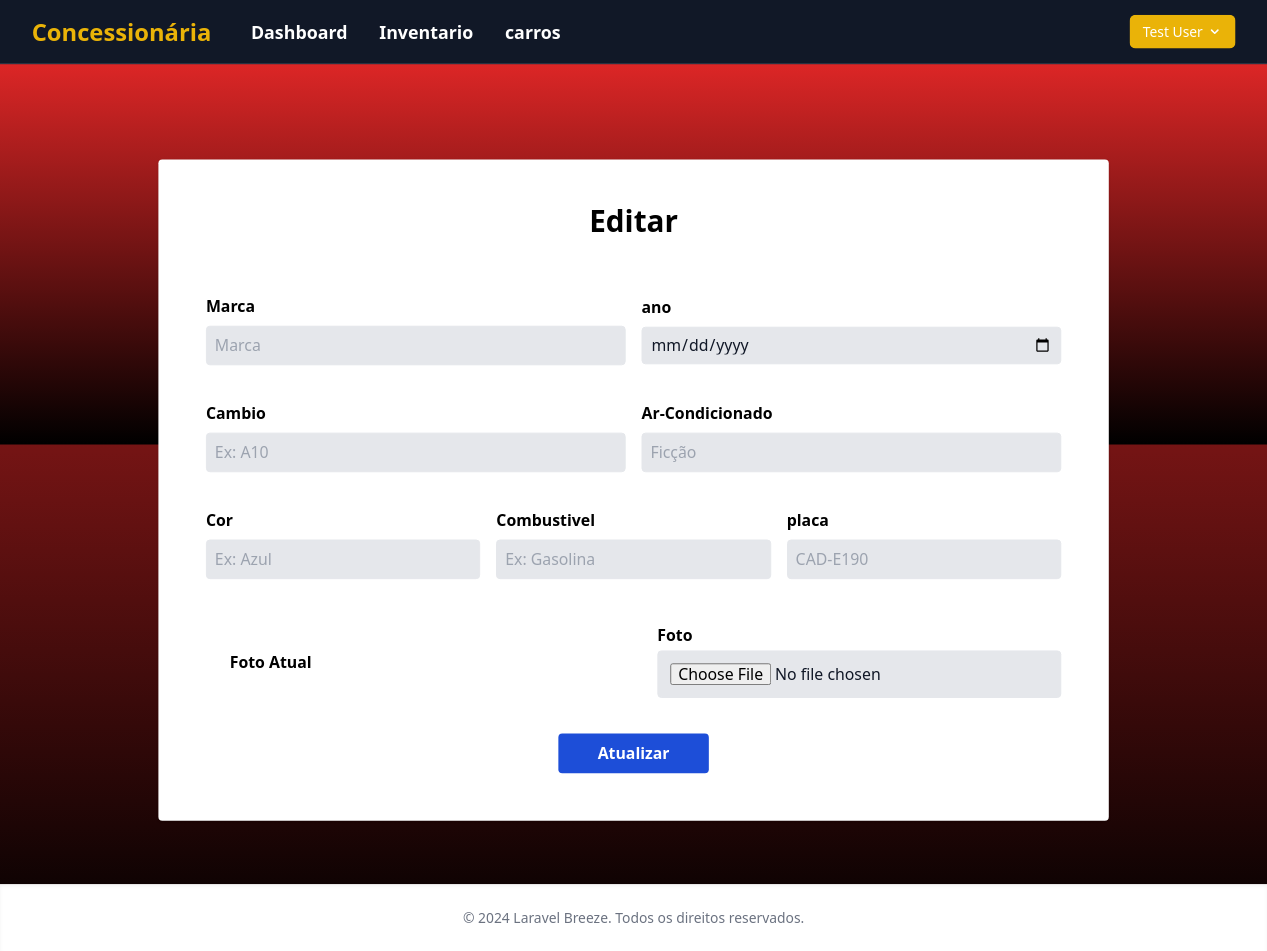
Repository: CarlosEduFF/Projeto-Concession-ria
Page: resources/views/editar.blade.php
An editor plug-in stored every save of this project. The page is shown before and after the next save, followed by the edit.
The browser window is 1280 px wide. The pictures show the whole page, at 99% of full size.
Some web libraries are served in a nearby version. The page is served by the project's Laravel application, run on PHP 8.4 with Laravel 9. A made-up administrator, Test User (test@example.com), is signed in. Other server files are loaded and not shown. The template is opened directly, without the code that normally fills it, so the values that code supplies are empty.

Above is the page before, as saved 2024-09-10 17:09:10.

### routes/web.php
<?php

use App\Http\Controllers\ProfileController;
use Illuminate\Support\Facades\Route;
use App\Http\Controllers\CarroController;

Route::get('/', function () {
    return view('welcome');
});

Route::get('/dashboard', function () {
    return view('dashboard');
})->middleware(['auth', 'verified'])->name('dashboard');

Route::middleware('auth')->group(function () {
    Route::get('/profile', [ProfileController::class, 'edit'])->name('profile.edit');
    Route::patch('/profile', [ProfileController::class, 'update'])->name('profile.update');
    Route::delete('/profile', [ProfileController::class, 'destroy'])->name('profile.destroy');
});

Route::post('/createcarro', [CarroController::class, 'create']);
Route::get('/excluir/{id}', [CarroController::class, 'excluir']);
Route::get('/dashboard', [CarroController::class, 'dashboard'])->middleware(['auth', 'verified'])->name('dashboard');
require __DIR__.'/auth.php';


Route::get('/atualizar', function () {
    return view('atualizacao');
});

Route::post("/atualizar/{id}", [CarroController::class, 'atualizar']);
Route::get("/editar/{id}",[CarroController::class, 'editar'])->name('Editar.carro');

### resources/views/editar.blade.php
<!DOCTYPE html>
<html lang="en">
<head>
    <meta charset="UTF-8">
    <meta name="viewport" content="width=device-width, initial-scale=1.0">
    <link rel="stylesheet" href="https://cdn.jsdelivr.net/npm/tailwindcss@2.2.19/dist/tailwind.min.css">
    <script src="https://unpkg.com/flowbite@1.5.0/dist/flowbite.js"></script>
    <script src="https://cdn.tailwindcss.com"></script>
    <title>Editar Carro</title>
</head>
<body  class="bg-gradient-to-b from-red-600 to-black min-h-screen flex flex-col">

<nav x-data="{ open: false }" class="bg-gray-900 text-white shadow-lg border-b border-gray-700">
    <!-- Primary Navigation Menu -->
    <div class="max-w-7xl mx-auto px-4 sm:px-6 lg:px-8">
        <div class="flex justify-between h-16">
            <div class="flex">
                <!-- Logo -->
                <div class="shrink-0 flex items-center">
                    <a href="{{ route('dashboard') }}">
                    <a href="#" class="text-2xl font-bold text-yellow-500">Concessionária</a>
                    </a>
                </div>

                <!-- Navigation Links -->
                <div class="hidden space-x-8 sm:-my-px sm:ml-10 items-center sm:flex">
                    <a href="{{ route('dashboard') }}" class="text-lg font-semibold text-white hover:text-yellow-400">
                        {{ __('Dashboard') }}
                    </a>
                    <a  class="text-lg font-semibold text-white hover:text-yellow-400">
                        Inventario
                    </a>
                    <a href="" class="text-lg font-semibold text-white hover:text-yellow-400">
                        carros
                    </a>
                </div>
            </div>

            <!-- Settings Dropdown -->
            <div class="hidden sm:flex sm:items-center sm:ml-6">
                <x-dropdown align="right" width="48">
                    <x-slot name="trigger">
                        <button class="inline-flex items-center px-3 py-2 border border-transparent text-sm leading-4 font-medium rounded-md bg-yellow-500 text-white hover:bg-yellow-600 focus:outline-none transition ease-in-out duration-150">
                            <div>{{ Auth::user()->name }}</div>
                            <div class="ml-1">
                                <svg class="fill-current h-4 w-4" xmlns="http://www.w3.org/2000/svg" viewBox="0 0 20 20">
                                    <path fill-rule="evenodd" d="M5.293 7.293a1 1 0 011.414 0L10 10.586l3.293-3.293a1 1 0 111.414 1.414l-4 4a1 1 0 01-1.414 0l-4-4a1 1 0 010-1.414z" clip-rule="evenodd" />
                                </svg>
                            </div>
                        </button>
                    </x-slot>

                    <x-slot name="content">
                        <x-dropdown-link :href="route('profile.edit')">
                            {{ __('Profile') }}
                        </x-dropdown-link>

                        <!-- Authentication -->
                        <form method="POST" action="{{ route('logout') }}">
                            @csrf
                            <x-dropdown-link :href="route('logout')"
                                    onclick="event.preventDefault();
                                                this.closest('form').submit();">
                                {{ __('Log Out') }}
                            </x-dropdown-link>
                        </form>
                    </x-slot>
                </x-dropdown>
            </div>

            <!-- Hamburger -->
            <div class="-mr-2 flex items-center sm:hidden">
                <button @click="open = ! open" class="inline-flex items-center justify-center p-2 rounded-md text-yellow-500 hover:text-yellow-400 hover:bg-gray-800 focus:outline-none focus:bg-gray-800 focus:text-yellow-400 transition duration-150 ease-in-out">
                    <svg class="h-6 w-6" stroke="currentColor" fill="none" viewBox="0 0 24 24">
                        <path :class="{'hidden': open, 'inline-flex': ! open }" class="inline-flex" stroke-linecap="round" stroke-linejoin="round" stroke-width="2" d="M4 6h16M4 12h16M4 18h16" />
                        <path :class="{'hidden': ! open, 'inline-flex': open }" class="hidden" stroke-linecap="round" stroke-linejoin="round" stroke-width="2" d="M6 18L18 6M6 6l12 12" />
                    </svg>
                </button>
            </div>
        </div>
    </div>

    <!-- Responsive Navigation Menu -->
    <div :class="{'block': open, 'hidden': ! open}" class="hidden sm:hidden">
        <div class="pt-2 pb-3 space-y-1">
            <a href="{{ route('dashboard') }}" class="block text-base font-semibold text-yellow-500 hover:bg-gray-800 hover:text-yellow-400">
                {{ __('Dashboard') }}
            </a>
            <a href="" class="block text-base font-semibold text-yellow-500 hover:bg-gray-800 hover:text-yellow-400">
                Inventario
            </a>
        </div>

        <!-- Responsive Settings Options -->
        <div class="pt-4 pb-1 border-t border-gray-700">
            <div class="px-4">
                <div class="font-medium text-base text-white">{{ Auth::user()->name }}</div>
                <div class="font-medium text-sm text-gray-400">{{ Auth::user()->email }}</div>
            </div>

            <div class="mt-3 space-y-1">
                <a href="{{ route('profile.edit') }}" class="block px-4 py-2 text-base font-semibold text-yellow-500 hover:bg-gray-800 hover:text-yellow-400">
                    {{ __('Profile') }}
                </a>

                <!-- Authentication -->
                <form method="POST" action="{{ route('logout') }}">
                    @csrf
                    <a href="{{ route('logout') }}"
                       onclick="event.preventDefault(); this.closest('form').submit();"
                       class="block px-4 py-2 text-base font-semibold text-yellow-500 hover:bg-gray-800 hover:text-yellow-400">
                        {{ __('Log Out') }}
                    </a>
                </form>
            </div>
        </div>
    </div>
</nav>
<!-- FINAL DO Navbar-->

        <div class="w-full">
    <div class="bg-gradient-to-b from-red-600 to-black h-96"></div>
    <div class="max-w-5xl mx-auto px-6 sm:px-6 lg:px-8 mb-12">
    <div class="bg-white w-full shadow rounded p-8 sm:p-12 -mt-72">
        <p class="text-3xl font-bold leading-7 text-center">Editar</p>
        <form method="POST" action="/atualizar/{{$carro->id}}" enctype="multipart/form-data">
            @csrf
            <!-- Primeira linha de inputs -->
            <div class="md:flex items-center mt-12">
                <div class="w-full md:w-1/2 flex flex-col mt-4">
                    <label class="font-semibold leading-none">Marca</label>
                    <input type="text"  name="titulo" placeholder="Marca" class="leading-none text-gray-900 p-2 focus:outline-none focus:border-blue-700 mt-3 bg-gray-200 border rounded border-gray-200" />
                </div>
                <div class="w-full md:w-1/2 flex flex-col mt-4 md:ml-4">
                    <label class="font-semibold leading-none">ano</label>
                    <input type="date" name="ano"  placeholder="Ex: 2024/05/10" class="leading-none text-gray-900 p-2 focus:outline-none focus:border-blue-700 mt-3 bg-gray-200 border rounded border-gray-200" />
                </div>
            </div>

            <!-- Segunda linha de inputs -->
            <div class="md:flex items-center mt-6">
                <div class="w-full md:w-1/2 flex flex-col mt-4">
                    <label class="font-semibold leading-none">Cambio</label>
                    <input type="text" name="cambio"  placeholder="Ex: A10" class="leading-none text-gray-900 p-2 focus:outline-none focus:border-blue-700 mt-3 bg-gray-200 border rounded border-gray-200" />
                </div>
                <div class="w-full md:w-1/2 flex flex-col mt-4 md:ml-4">
                    <label class="font-semibold leading-none">Ar-Condicionado</label>
                    <input type="text" name="Ar-con"  placeholder="Ficção" class="leading-none text-gray-900 p-2 focus:outline-none focus:border-blue-700 mt-3 bg-gray-200 border rounded border-gray-200" />
                </div>
            </div>

            <!-- Terceira linha de inputs -->
            <div class="md:flex items-center mt-6">
                <div class="w-full md:w-1/3 flex flex-col mt-4">
                    <label class="font-semibold leading-none">Cor</label>
                    <input type="text" name="pontuacao"  placeholder="Ex: Azul" class="leading-none text-gray-900 p-2 focus:outline-none focus:border-blue-700 mt-3 bg-gray-200 border rounded border-gray-200" />
                </div>
                 <!-- quarta linha de inputs -->
                <div class="w-full md:w-1/3 flex flex-col mt-4 md:ml-4">
                    <label class="font-semibold leading-none">Combustivel</label>
                    <input type="text" name="combustivel"  placeholder="Ex: Gasolina" class="leading-none text-gray-900 p-2 focus:outline-none focus:border-blue-700 mt-3 bg-gray-200 border rounded border-gray-200" />
                </div>
                 <!-- Quinta linha de inputs -->
                <div class="w-full md:w-1/3 flex flex-col mt-4 md:ml-4">
                    <label class="font-semibold leading-none">placa</label>
                    <input type="text" name="empresa"  placeholder="CAD-E190" class="leading-none text-gray-900 p-2 focus:outline-none focus:border-blue-700 mt-3 bg-gray-200 border rounded border-gray-200" />
                </div>
            </div>
               <!-- TSexta linha de inputs -->
            <div class="md:flex items-center mt-12">
                        <div class="w-full flex md:w-1/2 flex-col md:ml-6 md:mt-0 mt-4">
                            <label class="font-semibold leading-none">Foto Atual</label>
                          @if($carro->capa)
                           <img src="{{asset('storage/' . $carro->foto)}}" alt="capa anterior " class="leading-none text-gray-900 p-2 focus:outline-none focus:border-blue-700 mt-2 bg-gray-200 border rounded border-gray-200 size-3/5">
                           @endif
                    </div>
                    <div class="w-full md:w-1/2 flex flex-col md:ml-6 md:mt-0 mt-4">
                        <label class="font-semibold leading-none">Foto</label>
                        <input type="file" name="capa" value="{{$carro->foto}}"  class="leading-none text-gray-900 p-3 focus:outline-none focus:border-blue-700 mt-2 bg-gray-200 border rounded border-gray-200"/>
                    </div>
                </div>

            <!-- Botão de enviar -->
            <div class="flex items-center justify-center w-full mt-9">
                <button type="submit" class="font-semibold leading-none text-white py-3 px-10 bg-blue-700 rounded hover:bg-blue-600 focus:ring-2 focus:ring-offset-2 focus:ring-blue-700 focus:outline-none">
                    Atualizar
                </button>
            </div>
        </form>
    </div>
</div>

 <!-- Footer -->
 <footer class="mt-16 p-6 bg-white dark:bg-zinc-800 shadow-inner">
        <div class="text-center text-sm text-gray-500 dark:text-gray-400">
            © 2024 Laravel Breeze. Todos os direitos reservados.
        </div>
    </footer>

</body>
</html>

Loaded but not shown: routes/auth.php (common file); app/Http/Controllers/Auth/EmailVerificationPromptController.php (common file); app/Http/Controllers/Controller.php (common file); app/Http/Controllers/Auth/VerifyEmailController.php (common file); app/Models/User.php (common file); resources/views/components/dropdown-link.blade.php (common file); resources/views/components/dropdown.blade.php (common file)

After the next save:
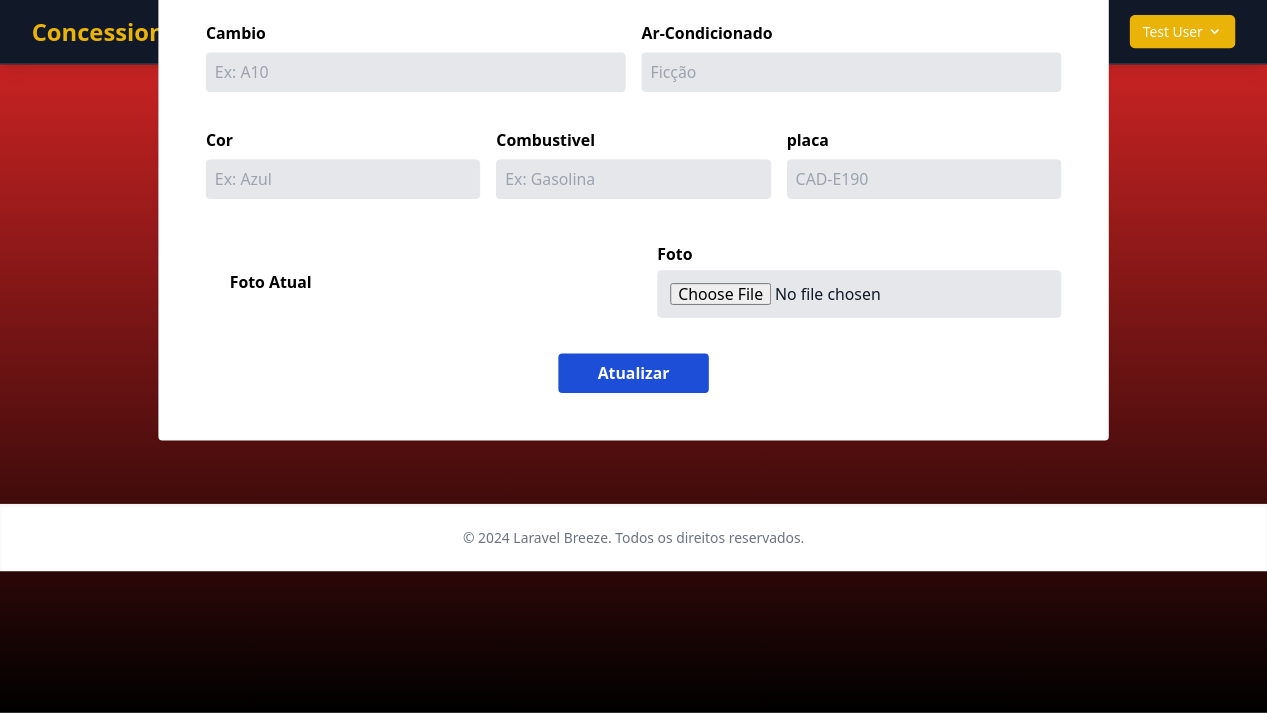
Saved 40 s later.
--- a/resources/views/editar.blade.php
+++ b/resources/views/editar.blade.php
@@ -119,7 +119,7 @@
 <!-- FINAL DO Navbar-->
 
         <div class="w-full">
-    <div class="bg-gradient-to-b from-red-600 to-black h-96"></div>
+    <div class=""></div>
     <div class="max-w-5xl mx-auto px-6 sm:px-6 lg:px-8 mb-12">
     <div class="bg-white w-full shadow rounded p-8 sm:p-12 -mt-72">
         <p class="text-3xl font-bold leading-7 text-center">Editar</p>

After the save that followed:
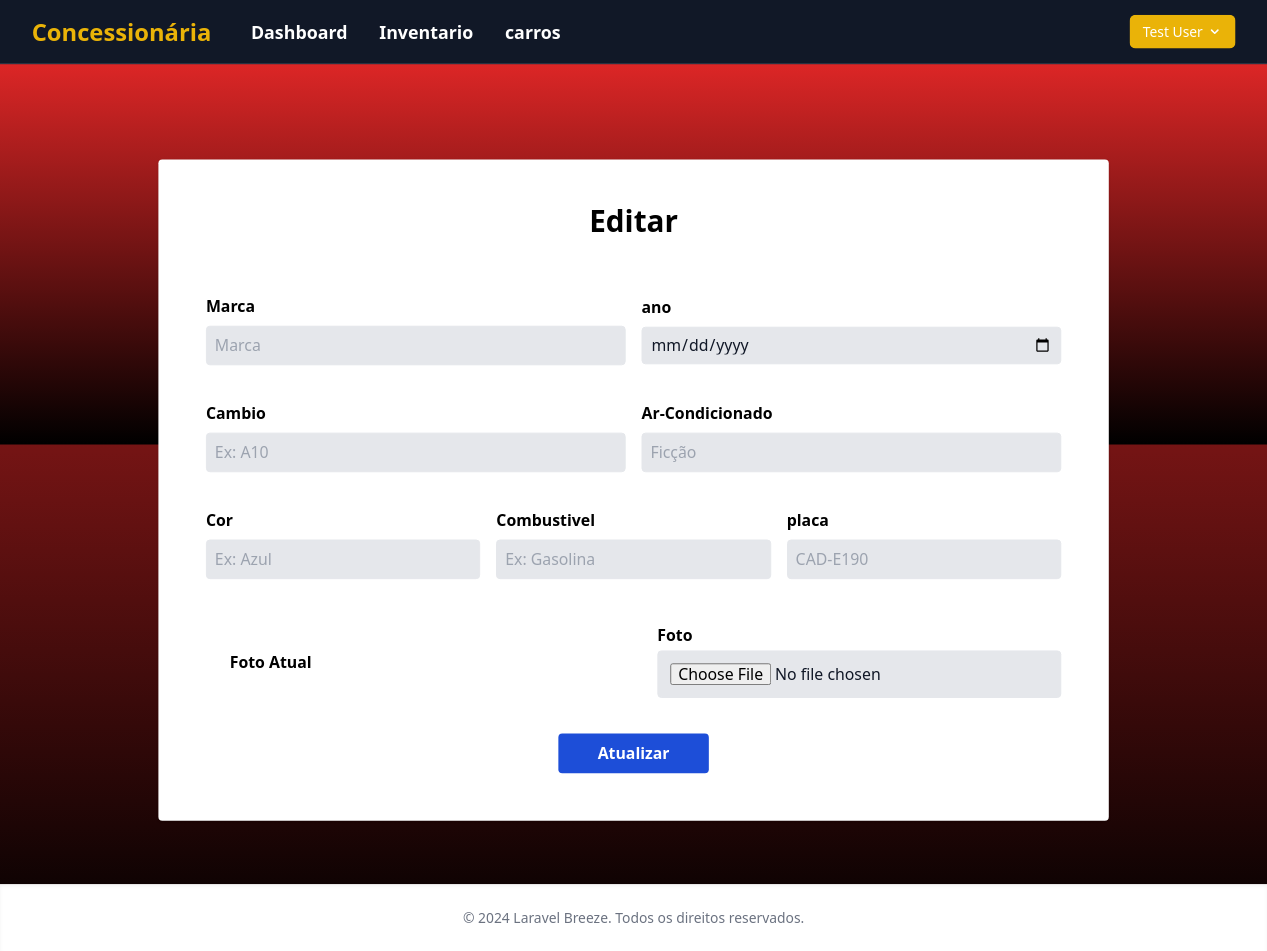
Saved 10 s later.
--- a/resources/views/editar.blade.php
+++ b/resources/views/editar.blade.php
@@ -119,7 +119,7 @@
 <!-- FINAL DO Navbar-->
 
         <div class="w-full">
-    <div class=""></div>
+    <div class="bg-gradient-to-b from-red-600 to-black h-96"></div>
     <div class="max-w-5xl mx-auto px-6 sm:px-6 lg:px-8 mb-12">
     <div class="bg-white w-full shadow rounded p-8 sm:p-12 -mt-72">
         <p class="text-3xl font-bold leading-7 text-center">Editar</p>
